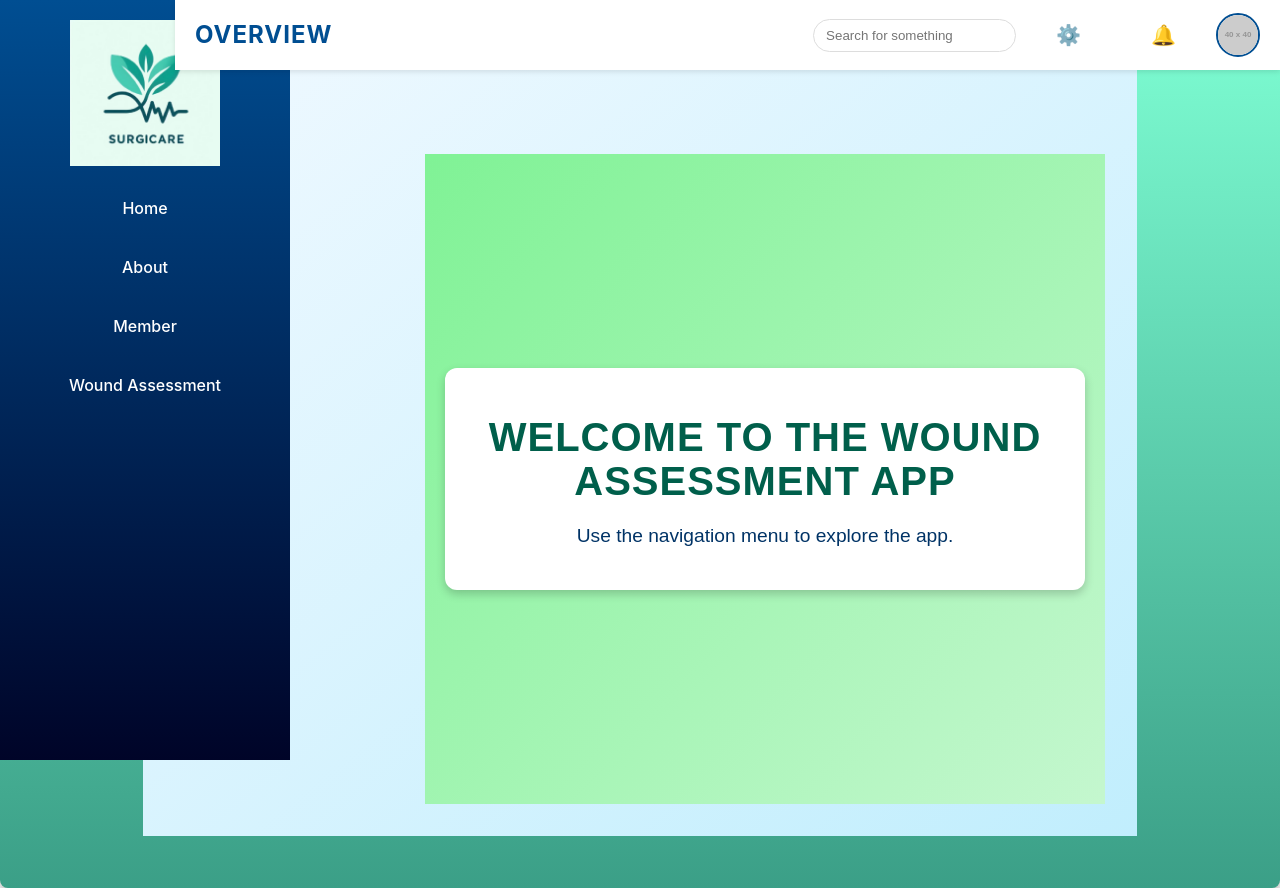
Repository: Jinwoo290350/Surgicare-Vue
Page: / (app in surgicare/)
These files come from the project's save history. The page is drawn as it stood at one moment and after the next save; the edit follows.
The browser window is 1280 px wide. The pictures show the whole page.
The project was rebuilt for these pictures with package versions that can differ from the ones it lists, and the page was loaded fresh each time. Also part of the build but not shown: surgicare/vite.config.js, surgicare/src/views/About.vue, surgicare/src/views/Member.vue, surgicare/src/components/WoundAssessment.vue.

Above is the page before, as saved 2024-12-30 15:11:04.
Console error: TypeError: Cannot read properties of null (reading 'getContext')

### surgicare/index.html
<!doctype html>
<html lang="en">
  <head>
    <meta charset="UTF-8" />
    <link rel="icon" type="image/svg+xml" href="/vite.svg" />
    <meta name="viewport" content="width=device-width, initial-scale=1.0" />
    <title>Vite + Vue</title>
  </head>
  <body>
    <div id="app"></div>
    <script type="module" src="/src/main.js"></script>
  </script>
  <link href="https://fonts.googleapis.com/css2?family=Roboto:wght@400;500;700&display=swap" rel="stylesheet">

  <script type="text/javascript" src="./src/star.js"></script>
  </body>
</html>

### surgicare/src/main.js
import { createApp } from 'vue'
import './style.css'
import App from './App.vue'
import router from "./router";

createApp(App).use(router).mount("#app");

### surgicare/src/style.css
:root {
  font-family: Inter, system-ui, Avenir, Helvetica, Arial, sans-serif;
  line-height: 1.5;
  font-weight: 400;
  color-scheme: light dark;
  color: rgba(255, 255, 255, 0.87);
  background-color: #242424;
  font-synthesis: none;
  text-rendering: optimizeLegibility;
  -webkit-font-smoothing: antialiased;
  -moz-osx-font-smoothing: grayscale;
}

a {
  font-weight: 500;
  text-decoration: none;
  transition: color 0.3s ease-in-out;
}
a:hover {
  color: #535bf2; /* Blue hover effect */
}

body {
  margin: 0;
  display: flex;
  flex-direction: column;
  align-items: center;
  justify-content: center;
  min-width: 320px;
  min-height: 100vh;
  padding: 20px;
  background-color: #1f2d29;
  background-image: linear-gradient(to top, #3b9f87, #7fffd4);
  background-repeat: no-repeat;
  border-radius: 8px;
  box-shadow: 0 6px 12px rgba(0, 0, 0, 0.3);
}

h1 {
  font-size: 3em;
  line-height: 1.1;
  color: #fff;
  text-transform: uppercase;
  letter-spacing: 1px;
  margin-bottom: 0.5em;
  transition: transform 0.3s ease-in-out;
}
h1:hover {
  transform: scale(1.05); /* Slight hover effect */
}

button {
  border-radius: 8px;
  border: 1px solid transparent;
  padding: 0.8em 1.5em;
  font-size: 1em;
  font-weight: 500;
  background-color: #333;
  color: #fff;
  cursor: pointer;
  transition: all 0.3s ease;
}
button:hover {
  border-color: #646cff;
  background-color: #444;
  transform: translateY(-2px); /* Lift on hover */
}
button:focus,
button:focus-visible {
  outline: 4px auto -webkit-focus-ring-color;
}

.card {
  padding: 2em;
  background-color: #2a2a2a;
  border-radius: 12px;
  box-shadow: 0 4px 10px rgba(0, 0, 0, 0.4);
  transition: transform 0.3s ease;
}
.card:hover {
  transform: translateY(-5px); /* Lift on hover */
}

#app {
  max-width: 1280px;
  margin: 0 auto;
  padding: 2rem;
  text-align: center;
}

/* Media Queries for Responsiveness */
@media (max-width: 768px) {
  body {
    padding: 15px;
  }

  h1 {
    font-size: 2.4em; /* Smaller title for mobile screens */
  }

  button {
    padding: 0.6em 1.2em;
    font-size: 1em;
  }

  .card {
    padding: 1.5em;
  }

  #app {
    padding: 1.5rem;
  }
}

@media (max-width: 480px) {
  h1 {
    font-size: 2em; /* Further reduce title size */
  }

  button {
    padding: 0.5em 1em;
    font-size: 0.9em;
  }

  .card {
    padding: 1em;
  }
}

/* Light Mode Styles */
@media (prefers-color-scheme: light) {
  :root {
    color: #213547;
    background-color: #ffffff;
  }
  a:hover {
    color: #747bff;
  }
  button {
    background-color: #f9f9f9;
    color: #333;
  }
  .card {
    background-color: #f5f5f5;
    box-shadow: 0 2px 6px rgba(0, 0, 0, 0.1);
  }
}

### surgicare/src/App.vue
<template>
  <div id="app" class="app-container">
    <aside class="sidebar">
      <img src="/Users/frank/Vscode/Vue/surgicare/public/Icon_surgicare.png" alt="Logo" class="logo" />
      <nav class="menu">
        <router-link to="/">Home</router-link>
        <router-link to="/about">About</router-link>
        <router-link to="/member">Member</router-link>
        <router-link to="/wound-assessment">Wound Assessment</router-link>
      </nav>
    </aside>

    <header class="header">
      <h1>Overview</h1>
      <div class="header-tools">
        <input type="text" placeholder="Search for something" class="search-box" />
        <button class="settings-btn">⚙️</button>
        <button class="notifications-btn">🔔</button>
        <img src="https://via.placeholder.com/40" alt="Profile" class="profile-pic" />
      </div>
    </header>

    <main class="content-area">
      <router-view />
    </main>
  </div>
</template>

<script>
export default {
  name: "DashboardPage",
};
</script>

<style scoped>
/* General Styles */
body {
  margin: 0;
  font-family: 'Poppins', Arial, sans-serif;
}

.app-container {
  display: flex;
  flex-direction: column;
  height: 100vh;
  background: linear-gradient(to bottom right, #f0f9ff, #c1eefd);
  overflow: hidden; /* Prevent scroll */
}

.sidebar {
  position: fixed;
  top: 0;
  left: 0;
  width: 250px;
  height: 100%;
  background: linear-gradient(to bottom, #004e92, #000428);
  color: white;
  padding: 20px;
  display: flex;
  flex-direction: column;
  align-items: center;
  z-index: 1000;
}

.logo {
  width: 100%;
  max-width: 150px;
  margin-bottom: 20px;
}

.menu a {
  text-decoration: none;
  color: white;
  font-size: 16px;
  margin-bottom: 15px;
  display: block;
  text-align: center;
  padding: 10px 15px;
  border-radius: 8px;
  transition: background 0.3s, transform 0.3s;
}

.menu a:hover {
  background: rgba(255, 255, 255, 0.2);
  transform: scale(1.05);
}

.header {
  position: fixed;
  top: 0;
  left: 175px; /* Offset for the sidebar */
  right: 0;
  height: 70px;
  background: white;
  display: flex;
  justify-content: space-between;
  align-items: center;
  padding: 0 20px;
  box-shadow: 0 2px 5px rgba(0, 0, 0, 0.1);
  z-index: 1000;
}

.header h1 {
  font-size: 24px;
  color: #004e92;
  margin: 0;
}

.header-tools {
  display: flex;
  align-items: center;
}

.search-box {
  padding: 8px 12px;
  border: 1px solid #ddd;
  border-radius: 25px;
  margin-right: 10px;
  outline: none;
  transition: box-shadow 0.3s;
}

.search-box:focus {
  box-shadow: 0 0 10px rgba(0, 78, 146, 0.5);
}

.settings-btn,
.notifications-btn {
  background: none;
  border: none;
  font-size: 20px;
  color: #555;
  margin-right: 10px;
  cursor: pointer;
}

.profile-pic {
  width: 40px;
  height: 40px;
  border-radius: 50%;
  border: 2px solid #004e92;
}

.content-area {
  margin-top: 70px; /* Offset for the fixed header */
  margin-left: 250px; /* Offset for the fixed sidebar */
  flex-grow: 1;
  background: linear-gradient(to bottom right, #e6f7f9, #ffffff);
  display: flex;
  justify-content: center;
  align-items: center;
  position: relative;
  overflow-y: auto;
}

.placeholder {
  width: 80%;
  height: 80%;
  background: rgba(255, 255, 255, 0.8);
  border-radius: 20px;
  box-shadow: 0 4px 20px rgba(0, 0, 0, 0.1);
  display: flex;
  justify-content: center;
  align-items: center;
  font-size: 28px;
  color: #004e92;
  font-weight: bold;
  text-align: center;
}
</style>

### surgicare/src/router/index.js
import { createRouter, createWebHistory } from "vue-router";

// Importing views and components
import Home from "../views/Home.vue";
import About from "../views/About.vue";
import Member from "../views/Member.vue";
import WoundAssessment from "../components/WoundAssessment.vue";

// Define the route configurations
const routes = [
  {
    path: "/",
    name: "Home",
    component: Home,
    meta: {
      title: "Home -  Surgicare",
    },
  },
  {
    path: "/about",
    name: "About",
    component: About,
    meta: {
      title: "About - Surgicare",
    },
  },
  {
    path: "/member",
    name: "Member",
    component: Member,
    meta: {
      title: "Member - Surgicare",
    },
  },
  {
    path: "/wound-assessment",
    name: "WoundAssessment",
    component: WoundAssessment,
    meta: {
      title: "Wound Assessment - Surgicare",
    },
  },
];

// Create the router instance
const router = createRouter({
  history: createWebHistory(),
  routes,
  scrollBehavior(to, from, savedPosition) {
    // Scroll to top on route change, unless saved position exists
    if (savedPosition) {
      return savedPosition;
    } else {
      return { top: 0 };
    }
  },
});

// Global navigation guard for dynamic document titles
router.beforeEach((to, from, next) => {
  document.title = to.meta.title || "Default App Title";
  next();
});

export default router;

### surgicare/src/views/Home.vue
<template>
  <div class="home">
    <div class="content">
      <h1 class="title">Welcome to the Wound Assessment App</h1>
      <p class="description">Use the navigation menu to explore the app.</p>
    </div>
  </div>
</template>

<script>
export default {
  name: "Home",
};
</script>

<style scoped>
.home {
  display: flex;
  justify-content: center;
  align-items: center;
  height: 100vh; /* Full height for viewport */
  background: linear-gradient(to bottom right, #7ef294, #c6f7d0); /* Subtle gradient */
  font-family: 'Arial', sans-serif;
  text-align: center;
  box-sizing: border-box;
  padding: 20px;
}

.content {
  max-width: 600px; /* Limit content width for better readability */
  padding: 20px;
  background: #ffffff;
  border-radius: 12px; /* Rounded corners */
  box-shadow: 0 4px 10px rgba(0, 0, 0, 0.2); /* Subtle shadow */
}

.title {
  font-size: 2.5rem;
  font-weight: bold;
  color: #005f4b;
  margin-bottom: 15px;
}

.description {
  font-size: 1.2rem;
  color: #003366;
  font-weight: 300;
}
</style>

### surgicare/src/star.js
const canvas = document.querySelector('canvas')
const c = canvas.getContext('2d')

canvas.width = innerWidth
canvas.height = innerHeight

window.addEventListener("resize", function() {
    canvas.width = window.innerWidth;
    canvas.height = window.innerHeight;
    init()
})
function Star(x, y, radius, color) {
    this.x = x
    this.y = y
    this.radius = radius
    this.color = color
    this.velocity = {
        x: (Math.random() - 0.5) * 8,
        y: 3
    }
    this.friction = 0.8
    this.gravity = 1
}

Star.prototype.draw = function() {
    c.save()
    c.beginPath()
    c.arc(this.x, this.y, this.radius, 0, Math.PI * 2, false)
    c.fillStyle = this.color
    c.shadowColor = '#E3EAEF'
    c.shadowBlur = 20
    c.fill()
    c.closePath()
    c.restore()
}

Star.prototype.update = function() {
    this.draw()

    //When ball hits bottom of screen
    if(this.y + this.radius + this.velocity.y > canvas.height - groundHeight){
        this.velocity.y = -this.velocity.y * this.friction
        this.shatter()
    }
    else{
        this.velocity.y += this.gravity
    }

    //Hits side of screen
    if(this.x + this.radius + this.velocity.x > canvas.width || this.x - this.radius <= 0){
        this.velocity.x = -this.velocity.x * this.friction
        this.shatter()
    }

    this.x += this.velocity.x
    this.y += this.velocity.y

}

Star.prototype.shatter = function(){
    this.radius -= 3
    for(let i = 0; i < 8; i++){
        miniStars.push(new MiniStar(this.x, this.y, 2))
    }

}

function MiniStar(x, y, radius, color){
    Star.call(this, x, y, radius, color)
    this.velocity = {
        x: (Math.random() - 0.5) * 10,
        y: (Math.random() - 0.5) * 30
    }
    this.friction = 0.8
    this.gravity = 0.1
    this.ttl = 100
    this.opacity = 1
}

MiniStar.prototype.draw = function() {
    c.save()
    c.beginPath()
    c.arc(this.x, this.y, this.radius, 0, Math.PI * 2, false)
    c.fillStyle = `rgba(227,234, 239, ${this.opacity})`
    c.shadowColor = '#E3EAEF'
    c.shadowBlur = 20
    c.fill()
    c.closePath()
    c.restore()
}

MiniStar.prototype.update = function() {
    this.draw()

    if(this.y + this.radius + this.velocity.y > canvas.height - groundHeight){
        this.velocity.y = -this.velocity.y * this.friction
    }
    else{
        this.velocity.y += this.gravity
    }

    this.x += this.velocity.x
    this.y += this.velocity.y
    this.ttl -= 1
    this.opacity -= 0.0001 * this.ttl
}

function creatMountainRange(mountainAmount, height, color){
    for(let i = 0; i < mountainAmount; i++){
        const mountainWidth = canvas.width / mountainAmount
        c.beginPath()
        c.moveTo(i * mountainWidth, canvas.height)
        c.lineTo(i * mountainWidth + mountainWidth + 0.2*canvas.height, canvas.height)
        c.lineTo(i * mountainWidth + mountainWidth / 2, canvas.height - height)
        c.lineTo(i * mountainWidth - 0.2*canvas.height, canvas.height)
        c.fillStyle = color
        c.fill()
        c.closePath()
    }
}

// Implementation
const backgroundGradient = c.createLinearGradient(0, 0, canvas.width, canvas.height)
backgroundGradient.addColorStop(0, '#171e26')
backgroundGradient.addColorStop(1, '#3f586b')

let stars
let miniStars
let backgroundStars
let ticker = 0
let randomSpawnRate = 75
const groundHeight = 0.09 * canvas.height
let inf = 1e9
function init() {
    stars = []
    miniStars = []
    backgroundStars = []

    for(let i = 0; i < 200; i++){
        const x = Math.random() * canvas.width
        const y = Math.random() * canvas.height
        const radius = Math.random() * 3
        backgroundStars.push(new Star(x, y, radius, 'white'))
    }
}

// Animation Loop
function animate() {
    c.clearRect(0, 0, 0, canvas.height)
    c.fillStyle = backgroundGradient
    c.fillRect(0, 0, canvas.width, canvas.height)

    backgroundStars.forEach(backgroundStar => {
        backgroundStar.draw()
    })

    if(flag) creatMountainRange(1, canvas.height * 0.7, '#384551')
    if(flag) creatMountainRange(2, canvas.height * 0.6, '#2B3843')
    if(flag) creatMountainRange(3, canvas.height * 0.4, '#26333E')
    c.fillStyle = '#182028'
    c.fillRect(0, canvas.height - groundHeight, canvas.width, groundHeight)
    stars.forEach((star, index) => {
        star.update();
        if(star.radius == 0){
            stars.splice(index, 1)
        }
    });

    miniStars.forEach((miniStar, index) => {
        miniStar.update();
        if(miniStar.ttl == 0){
            miniStars.splice(index, 1)
        }
    });

    ticker++
    if(ticker >= inf){
        ticker = 0
    }
    if(ticker % randomSpawnRate == 0){
        const radius = 9
        const x = Math.max(radius, Math.random() * canvas.width - radius)
        stars.push(new Star(x, -100, 9, '#E3EAEF'))
        randomSpawnRate = Math.floor(Math.random() * (200 - 125 + 1) + 125)
    }

    requestAnimationFrame(animate)
}

init()
animate()

After the next save:
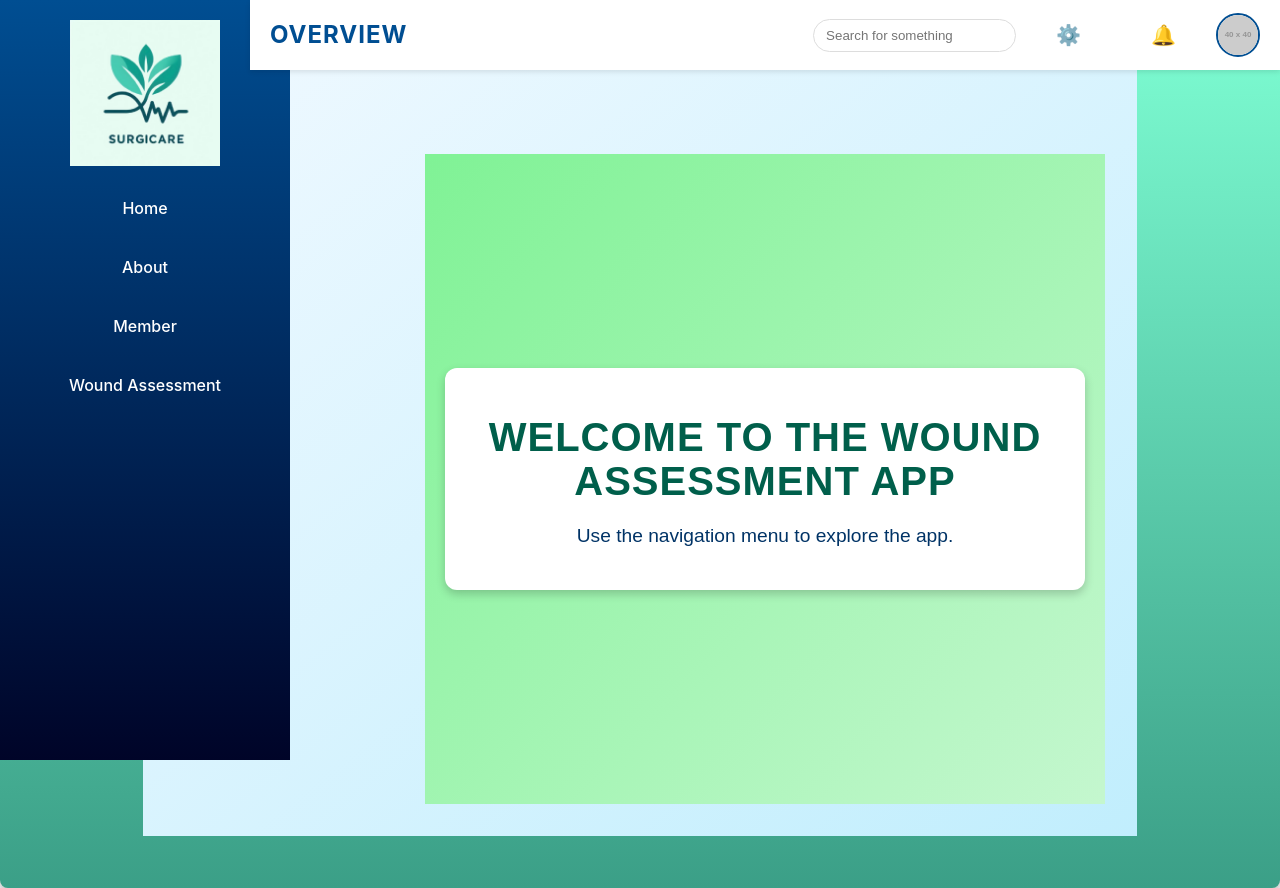
Saved 25 s later.
--- a/surgicare/src/App.vue
+++ b/surgicare/src/App.vue
@@ -21,7 +21,7 @@
     </header>
 
     <main class="content-area">
-      <router-view />
+      <router-view class="router-view" />
     </main>
   </div>
 </template>
@@ -88,7 +88,7 @@ body {
 .header {
   position: fixed;
   top: 0;
-  left: 175px; /* Offset for the sidebar */
+  left: 250px; /* Offset for the sidebar */
   right: 0;
   height: 70px;
   background: white;
@@ -145,12 +145,20 @@ body {
   margin-top: 70px; /* Offset for the fixed header */
   margin-left: 250px; /* Offset for the fixed sidebar */
   flex-grow: 1;
+  display: flex;
+  justify-content: center;
+  align-items: center;
+  overflow-y: auto;
+}
+
+.router-view {
+  width: 100%;
+  height: 100%;
   background: linear-gradient(to bottom right, #e6f7f9, #ffffff);
   display: flex;
   justify-content: center;
   align-items: center;
   position: relative;
-  overflow-y: auto;
 }
 
 .placeholder {
